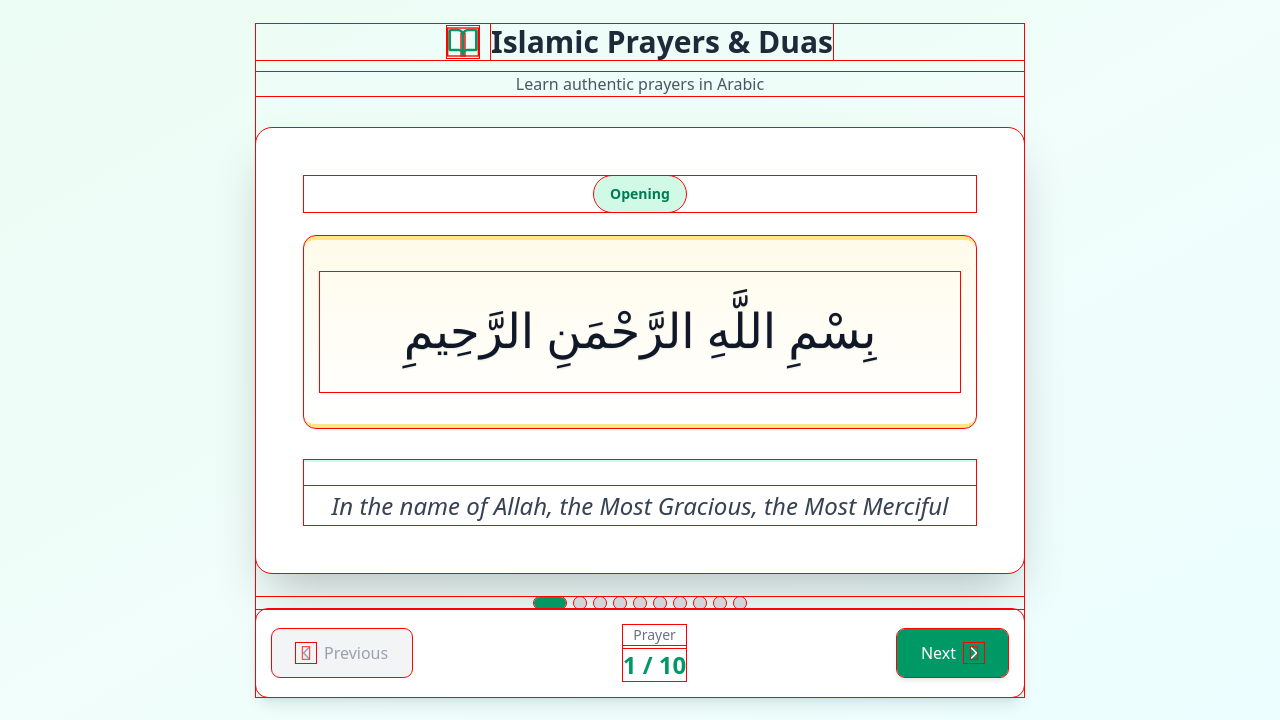
Repository: AbdulquddusMuhammad/prayerApp2.0
Page: /
These files come from the project's save history. The page is drawn as it stood at one moment and after the next save; the edit follows.
The browser window is 1280 px wide. The pictures show the whole page.
Some web fonts or font styles are not loaded; a fallback is used. The project was rebuilt for these pictures with package versions that can differ from the ones it lists, and the page was loaded fresh each time. Also part of the build but not shown: vite.config.js.

Above is the page before, as saved 2026-01-18 09:18:10.

After the next save:
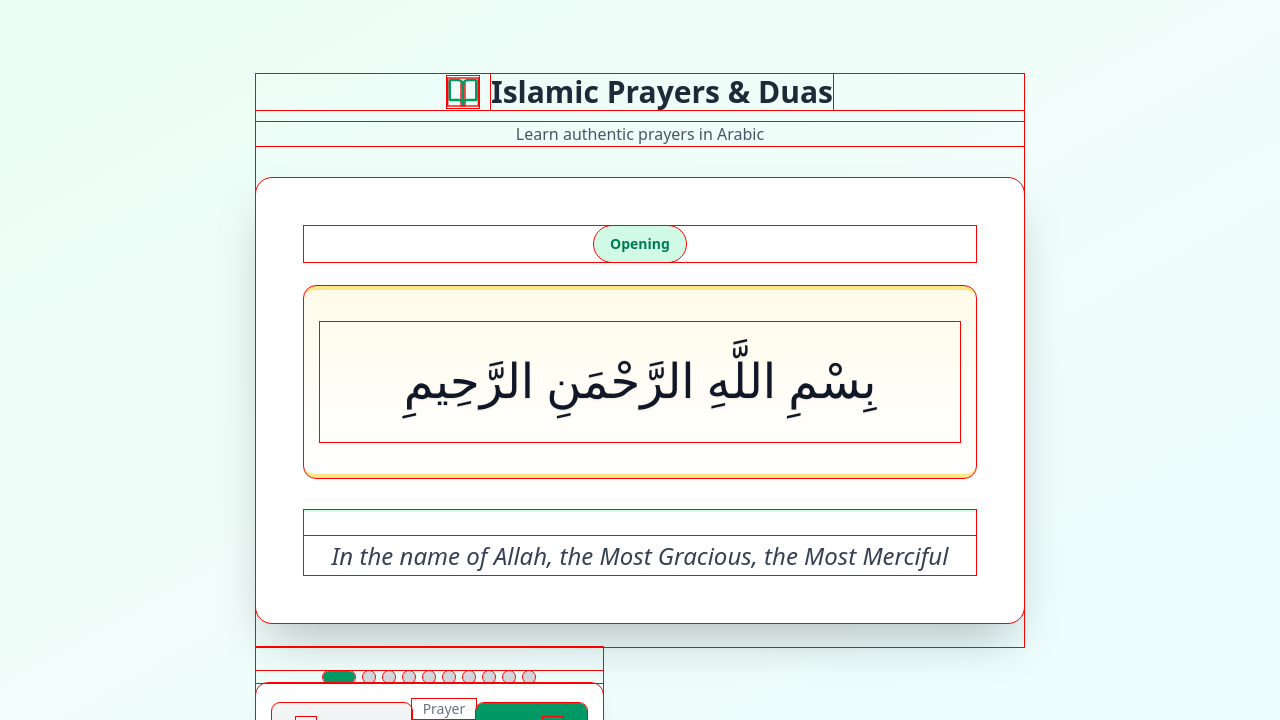
Saved 18 s later.
--- a/src/App.jsx
+++ b/src/App.jsx
@@ -124,7 +124,7 @@ const App = () => {
           </div>
         </div>
 
-        <div className="">
+        <div className="fixed">
           {/* Progress Dots */}
           <div className="flex justify-center gap-2 mt-6">
             {prayersData.prayers.map((_, index) => (
